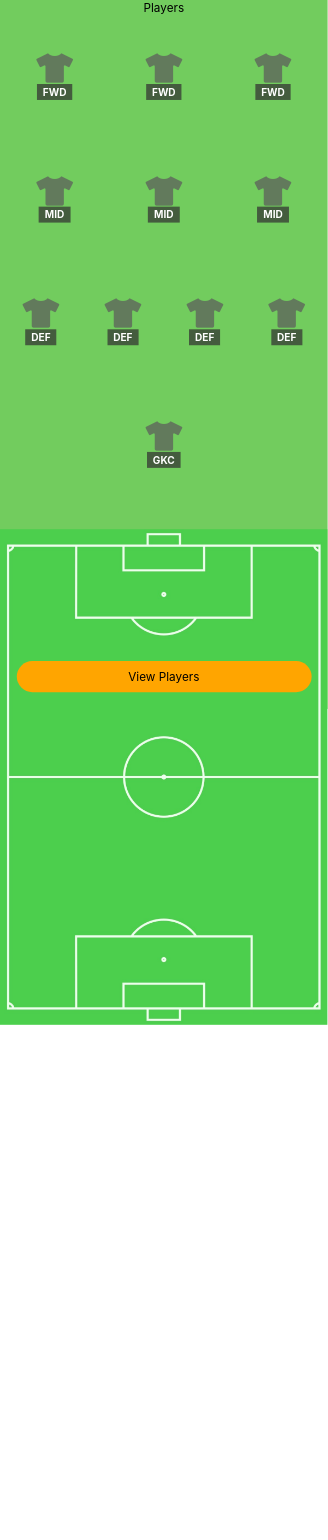
Repository: JavaidAhmadKhan/UEFA
Screen: /
The author's editor kept a copy of each file at every save. The screen is drawn from the files as they stood at one save, then again after the next save.
The pictures are shown at 84% of full size.
The app was drawn by React Native's web renderer in a window 390 px wide. The project was rebuilt for these pictures with package versions that can differ from the ones it lists, and the page was loaded fresh each time. Some packages were replaced by stand-ins written for this rebuild.

Above is the screen before, as saved 2021-07-07 11:58:57.

### App.tsx
import "react-native-gesture-handler";
import { StatusBar } from "expo-status-bar";
import React from "react";
import { SafeAreaProvider } from "react-native-safe-area-context";

import useCachedResources from "./hooks/useCachedResources";
import useColorScheme from "./hooks/useColorScheme";
import TabOneScreen from "./screens/TabOneScreen";

export default function App() {
  const isLoadingComplete = useCachedResources();
  const colorScheme = useColorScheme();

  if (!isLoadingComplete) {
    return null;
  } else {
    return (
      <SafeAreaProvider>
        <TabOneScreen />

        <StatusBar />
      </SafeAreaProvider>
    );
  }
}

### screens/TabOneScreen.tsx
import * as React from "react";
import {
  StyleSheet,
  SafeAreaView,
  Platform,
  Pressable,
  Text,
} from "react-native";

import Field from "../components/Field";
import TeamStats from "../components/TeamStats";

export default function TabOneScreen() {
  const viewPlayers = () => {
    console.warn("View Player");
  };

  return (
    <SafeAreaView style={styles.container}>
      <TeamStats />
      <Field />
      <Pressable onPress={viewPlayers} style={styles.buttonContainer}>
        <Text>View Players</Text>
      </Pressable>
    </SafeAreaView>
  );
}

const styles = StyleSheet.create({
  container: {
    flex: 1,
    alignItems: "center",
    backgroundColor: "#72CC5E",
    paddingTop: Platform.OS === "android" ? 30 : 0,
  },
  buttonContainer: {
    backgroundColor: "orange",
    width: "90%",
    margin: 20,
    padding: 10,
    alignItems: "center",
    borderRadius: 50,
    marginTop: "auto",
  },
});

### components/Field.tsx
import React from "react";
import {
  StyleSheet,
  ImageBackground,
  SafeAreaView,
  Platform,
  Text,
  View,
} from "react-native";

import field from "../assets/images/field.jpg";
import FieldPlayer from "./FieldPlayer";

const players: { [key: string]: null[] } = {
  FWD: [null, null, null],
  MID: [null, null, null],
  DEF: [null, null, null, null],
  GKC: [null],
};

const Field = () => {
  return (
    <ImageBackground
      source={field}
      resizeMode="contain"
      style={{
        width: "100%",
        aspectRatio: 2 / 3,
        justifyContent: "space-around",
        alignItems: "center",
      }}
    >
      {Object.keys(players).map((position) => (
        <View
          style={{
            flexDirection: "row",
            justifyContent: "space-around",
            width: "100%",
          }}
        >
          {players[position].map((player) => (
            <FieldPlayer player={player} position={position} />
          ))}
        </View>
      ))}
    </ImageBackground>
  );
};

export default Field;

### components/TeamStats.tsx
import React from "react";
import { View, Text } from "react-native";

const TeamStats = () => {
  return (
    <View>
      <Text>Players</Text>
    </View>
  );
};

export default TeamStats;

### components/FieldPlayer.tsx
import React from "react";
import { View, Text } from "react-native";
import { FontAwesome5 } from "@expo/vector-icons";

type FieldPlayerProps = {
  player: null;
  position: string;
};

const FieldPlayer = (props: FieldPlayerProps) => {
  const { player, position } = props;

  return (
    <View style={{ alignItems: "center" }}>
      <FontAwesome5
        name="tshirt"
        size={35}
        color={player ? "#d170db" : "#5c5c5cbb"}
      />
      <Text
        style={{
          backgroundColor: "#333333bb",
          color: "white",
          fontWeight: "bold",
          fontSize: 12,
          padding: 2,
          paddingHorizontal: 7,
        }}
      >
        {position}
      </Text>
    </View>
  );
};

export default FieldPlayer;

Loaded but not shown: hooks/useCachedResources.ts (common file); hooks/useColorScheme.ts (common file)

After the next save:
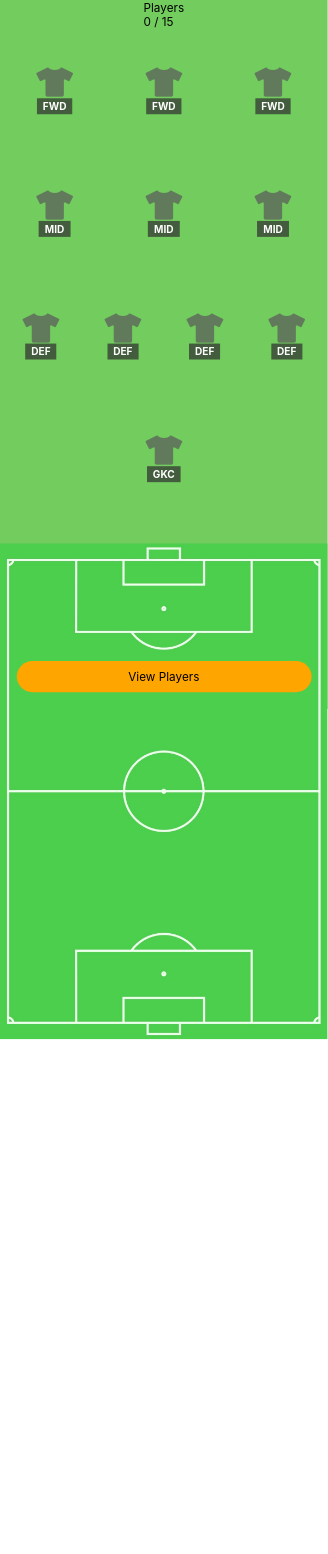
Saved 20 s later.
--- a/components/TeamStats.tsx
+++ b/components/TeamStats.tsx
@@ -5,6 +5,7 @@ const TeamStats = () => {
   return (
     <View>
       <Text>Players</Text>
+      <Text>0 / 15</Text>
     </View>
   );
 };
